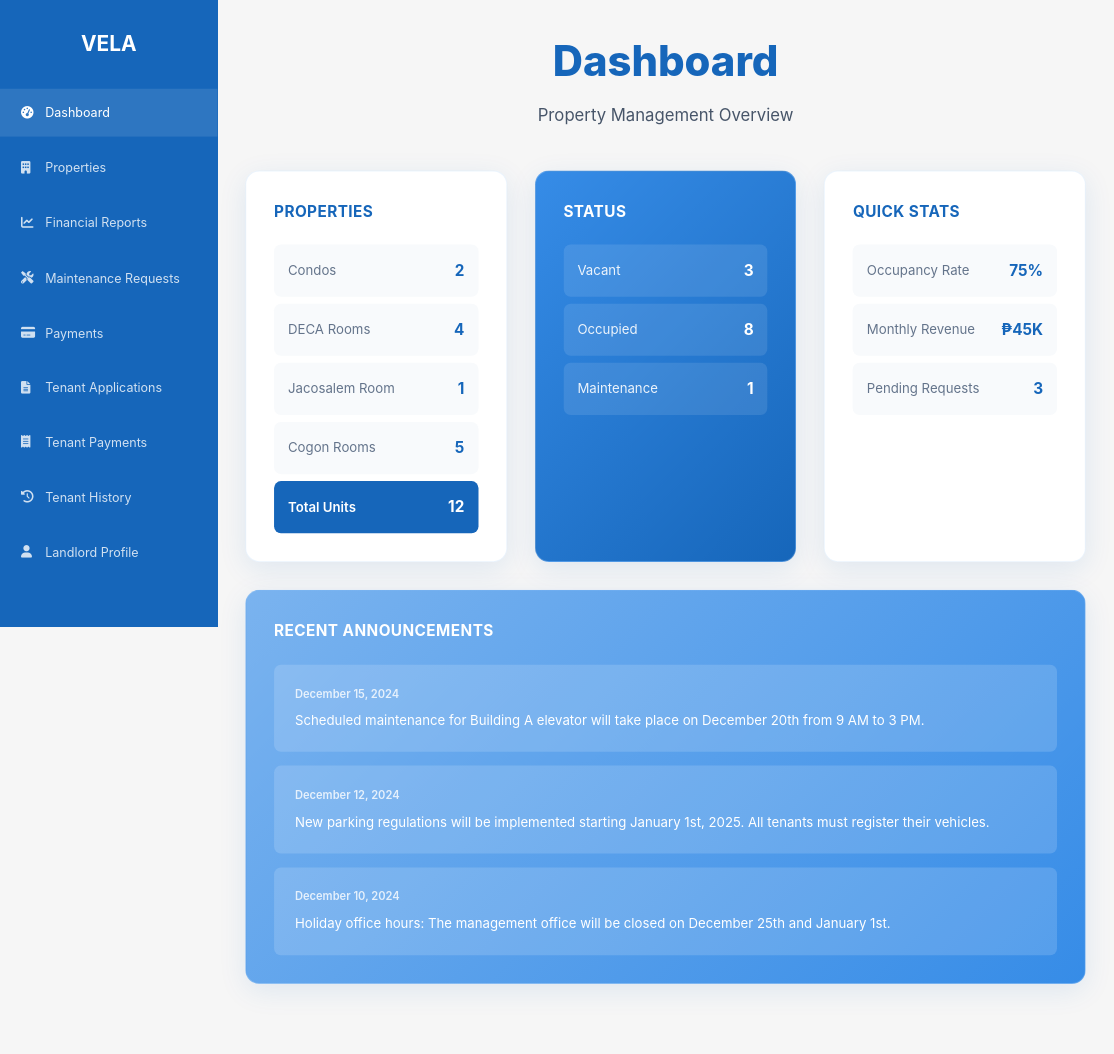
Repository: rizzerk/vela
Page: http://localhost/vela/LANDLORD/dashboard.php
An editor plug-in stored every save of this project. The page is shown before and after the next save, followed by the edit.
The browser window is 1280 px wide. The pictures show the whole page, at 87% of full size.
The page is run by PHP 8.4 with error messages shown; the project is at /var/www/html/. Queries for data that is not in the repository find no rows.

Above is the page before, as saved 2025-06-28 20:07:17.

After the next save:
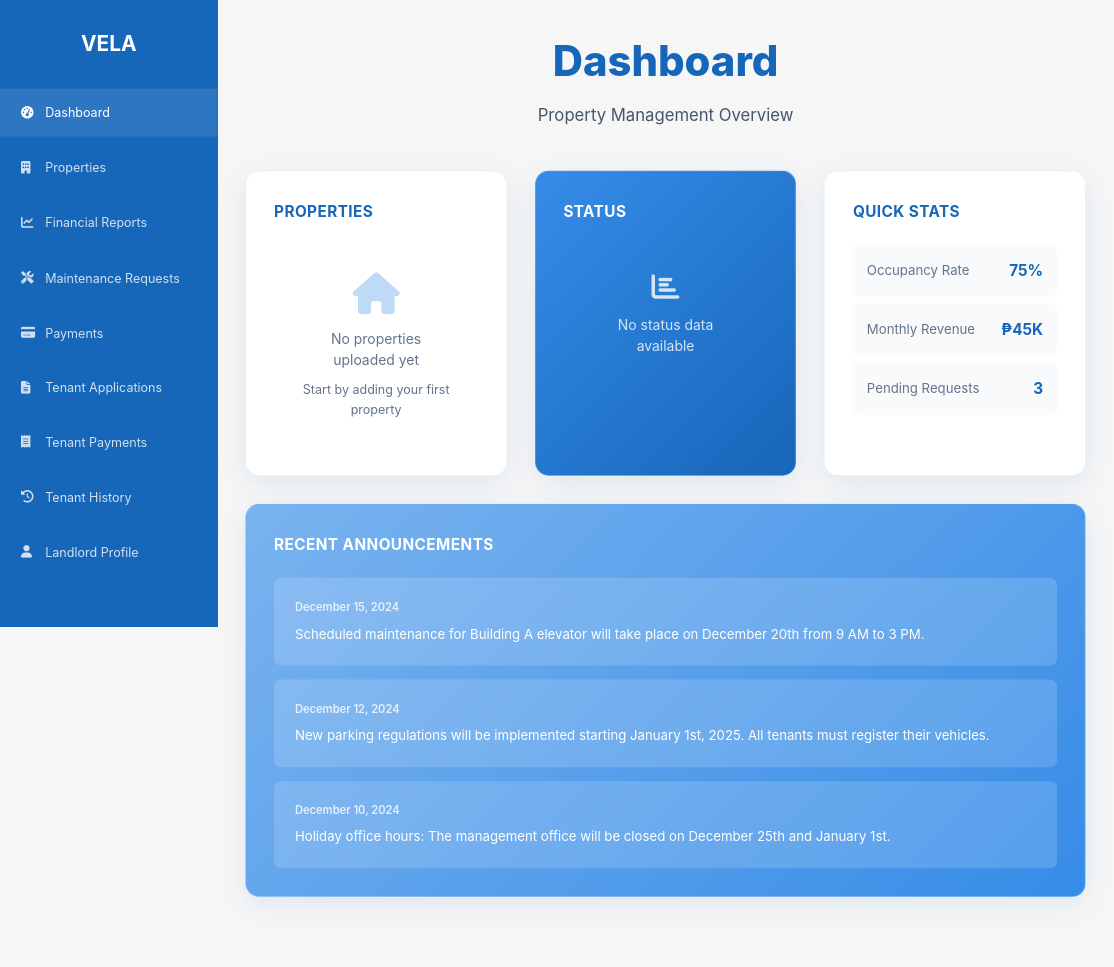
Saved 5 min 15 s later.
--- a/LANDLORD/dashboard.php
+++ b/LANDLORD/dashboard.php
@@ -1,6 +1,23 @@
 <?php
 session_start();
 include '../connection.php';
+
+$landlord_id = $_SESSION['user_id'] ?? 1; // Default to 1 for testing
+
+$property_query = "SELECT property_type, COUNT(*) as count,
+                         SUM(CASE WHEN status = 'vacant' THEN 1 ELSE 0 END) as vacant,
+                         SUM(CASE WHEN status = 'occupied' THEN 1 ELSE 0 END) as occupied
+                  FROM PROPERTY
+                  WHERE landlord_id = ?
+                  GROUP BY property_type";
+$stmt = $conn->prepare($property_query);
+$stmt->bind_param("i", $landlord_id);
+$stmt->execute();
+$properties = $stmt->get_result()->fetch_all(MYSQLI_ASSOC);
+
+$total_properties = array_sum(array_column($properties, 'count'));
+$total_vacant = array_sum(array_column($properties, 'vacant'));
+$total_occupied = array_sum(array_column($properties, 'occupied'));
 
 ?>
 
@@ -222,42 +239,47 @@ include '../connection.php';
         <div class="dashboard-grid">
             <div class="card">
                 <h2 class="card-title">Properties</h2>
-                <div class="metric">
-                    <span class="metric-label">Condos</span>
-                    <span class="metric-value">2</span>
-                </div>
-                <div class="metric">
-                    <span class="metric-label">DECA Rooms</span>
-                    <span class="metric-value">4</span>
-                </div>
-                <div class="metric">
-                    <span class="metric-label">Jacosalem Room</span>
-                    <span class="metric-value">1</span>
-                </div>
-                <div class="metric">
-                    <span class="metric-label">Cogon Rooms</span>
-                    <span class="metric-value">5</span>
-                </div>
-                <div class="metric total">
-                    <span class="metric-label">Total Units</span>
-                    <span class="metric-value">12</span>
-                </div>
+                <?php if (empty($properties)): ?>
+                    <div style="text-align: center; padding: 2rem; color: #64748b;">
+                        <i class="fas fa-home" style="font-size: 3rem; margin-bottom: 1rem; color: #bedaf7;"></i>
+                        <p>No properties uploaded yet</p>
+                        <p style="font-size: 0.9rem; margin-top: 0.5rem;">Start by adding your first property</p>
+                    </div>
+                <?php else: ?>
+                    <?php foreach ($properties as $property): ?>
+                        <div class="metric">
+                            <span class="metric-label"><?= htmlspecialchars($property['property_type']) ?></span>
+                            <span class="metric-value"><?= $property['count'] ?></span>
+                        </div>
+                    <?php endforeach; ?>
+                    <div class="metric total">
+                        <span class="metric-label">Total Units</span>
+                        <span class="metric-value"><?= $total_properties ?></span>
+                    </div>
+                <?php endif; ?>
             </div>
 
             <div class="card status-card">
                 <h2 class="card-title">Status</h2>
-                <div class="status-metric">
-                    <span class="status-label">Vacant</span>
-                    <span class="status-value">3</span>
-                </div>
-                <div class="status-metric">
-                    <span class="status-label">Occupied</span>
-                    <span class="status-value">8</span>
-                </div>
-                <div class="status-metric">
-                    <span class="status-label">Maintenance</span>
-                    <span class="status-value">1</span>
-                </div>
+                <?php if (empty($properties)): ?>
+                    <div style="text-align: center; padding: 2rem; color: rgba(255,255,255,0.8);">
+                        <i class="fas fa-chart-bar" style="font-size: 2rem; margin-bottom: 1rem;"></i>
+                        <p>No status data available</p>
+                    </div>
+                <?php else: ?>
+                    <div class="status-metric">
+                        <span class="status-label">Vacant</span>
+                        <span class="status-value"><?= $total_vacant ?></span>
+                    </div>
+                    <div class="status-metric">
+                        <span class="status-label">Occupied</span>
+                        <span class="status-value"><?= $total_occupied ?></span>
+                    </div>
+                    <div class="status-metric">
+                        <span class="status-label">Maintenance</span>
+                        <span class="status-value">0</span>
+                    </div>
+                <?php endif; ?>
             </div>
 
             <div class="card">
